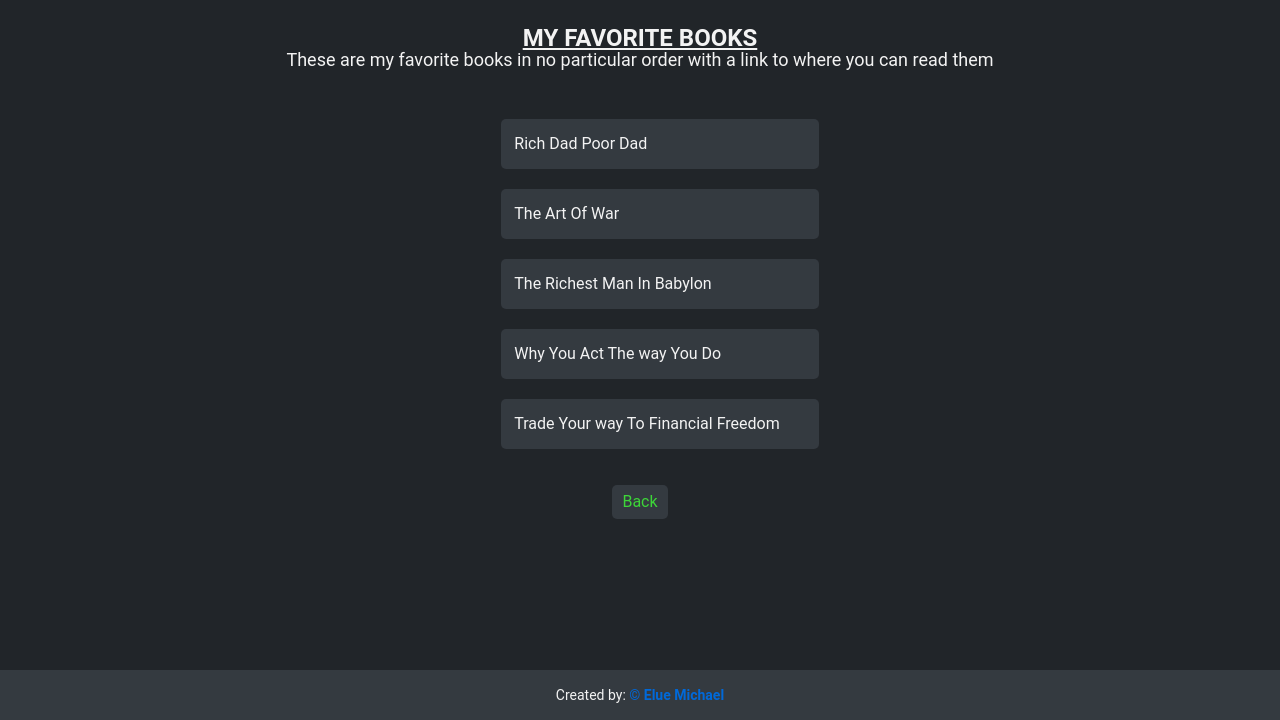
Repository: MikkyPrestige/html-website
Page: pages/books.html
These files come from the project's save history. The page is drawn as it stood at one moment and after the next save; the edit follows.
The browser window is 1280 px wide. The pictures show the whole page.

Above is the page before, as saved 2023-04-29 13:45:29.

### pages/books.html
<!DOCTYPE html>
<html lang="en">

<head>
  <meta charset="UTF-8">
  <meta http-equiv="X-UA-Compatible" content="IE=edge">
  <meta name="viewport" content="width=device-width, initial-scale=1.0">
  <title>Books</title>
  <link rel="stylesheet" href="../index.css">
</head>

<body>
  <main class="main">
    <section class="section">
      <div class="books">
        <h1 class="books-heading"><u>My Favorite Books</u></h1>
        <p class="books-subheading">These are my favorite books in no particular order with a link to where you can read
          them</p>
      </div>
      <ul class="books-lists">
        <li class="books-item">
          <a href="http://www.lequydonhanoi.edu.vn/upload_images/S%C3%A1ch%20ngo%E1%BA%A1i%20ng%E1%BB%AF/Rich%20Dad%20Poor%20Dad.pdf"
            target="_blank" class="books-link">Rich Dad Poor Dad</a>
        </li>
        <li class="books-item">
          <a href="https://sites.ualberta.ca/~enoch/Readings/The_Art_Of_War.pdf" target="_blank" class="books-link">The
            Art Of War</a>
        </li>
        <li class="books-item">
          <a href="https://thediamondsmine.com/files/Ebooks/Clason-RichestManInBabylon.pdf" target="_blank"
            class="books-link">The Richest Man
            In Babylon</a>
        </li>
        <li class="books-item">
          <a href="https://www.dirzon.com/Doc/ReaderAsync?target=telegram%3AWhy%20you%20act%20the%20way%20you%20do%20by%20Tim%20LaHaye%20(%20PDFDrive%20).pdf"
            target="_blank" class="books-link">Why You Act The way You Do</a>
        </li>
        <li class="books-item">
          <a href="https://dl.abcbourse.ir/dl/Library/book/Trade_Your_Way_to_Financial_Freedom.pdf" target="_blank"
            class="books-link">Trade
            Your way To Financial Freedom</a>
        </li>
      </ul>
      <div class="back">
        <a href="../index.html" class="back-link">Back</a>
      </div>
    </section>
    <footer class="footer">
      <p class="footer-text">Created by: <a href="#" target="_blank" class="footer-link">
          &copy; <strong>Elue Michael</strong>
        </a>
      </p>
    </footer>
  </main>
</body>

</html>

### index.css
body {
  background-color: #212529;
  font-family: 'Roboto', sans-serif;
  font-size: 16px;
  font-weight: 400;
  line-height: 1.5;
  color: #f3f3f3;
  text-align: left;
  margin: 0;
  padding: 0;
  width: 100%;
  height: 100vh;
}

.main {
  display: flex;
  flex-direction: column;
  justify-content: space-between;
  align-items: center;
  height: 100%;
}

.section {
  display: flex;
  flex-direction: column;
  justify-content: center;
  align-items: center;
  width: 100%;
}

.btn {
  background-color: #007bff;
  padding: 5px;
  border-radius: 5px;
  transition: all .15s ease-in-out;
  border: none;
  outline: none;
  margin: -20px 0 50px 0;
}

.btn:hover {
  background-color: #0069d9;
}

.btn-link {
  color: #f3f3f3;
  font-size: 14px;
  text-decoration: none;
  cursor: pointer;
}

.section1 {
  display: flex;
  flex-direction: column;
  justify-content: center;
  align-items: center;
}

.section1-header {
  font-size: 24px;
  font-weight: 700;
  margin-bottom: 5px;
  text-transform: uppercase;
}

.section1-content {
  display: flex;
  justify-content: space-around;
  align-items: center;
  width: 100%;
}

.section1-text {
  font-size: 18px;
  font-weight: 400;
}

.section1-link,
.section1-link:link,
.section1-link:visited {
  color: #0069d9;
  text-decoration: none;
  cursor: pointer;
}

.section1-link:hover {
  text-decoration: underline;
  color: #f3f3f3;
}

/* BOOKS CSS */
.books {
  display: flex;
  flex-direction: column;
  justify-content: center;
  align-items: center;
}

.books-heading {
  font-size: 24px;
  font-weight: 700;
  margin-bottom: 0px;
  text-transform: uppercase;
}

.books-subheading {
  font-size: 18px;
  font-weight: 400;
  margin: -10px 0 30px 0;
}

.books-lists {
  display: flex;
  flex-direction: column;
  justify-content: center;
  align-items: center;
  gap: 20px;
  list-style: none;
}

.books-item {
  width: 100%;
  max-width: 500px;
  padding: 13px;
  border-radius: 5px;
  background-color: #343a40;
}

.books-item:hover {
  background-color: #212529;
}

.books-link,
.books-link:link,
.books-link:visited {
  color: #f3f3f3;
  text-decoration: none;
  cursor: pointer;
}

.books-link:hover {
  text-decoration: underline;
}

.back {
  margin: 20px 0 10px 0;
  padding: 5px 10px;
  border-radius: 5px;
  background-color: #343a40;
}

.back:hover {
  background-color: #212529;
}

.back-link {
  color: #3dd638;
  text-decoration: none;
  cursor: pointer;
}

.back-link:hover {
  text-decoration: underline;
}












.footer {
  display: flex;
  justify-content: center;
  align-items: center;
  width: 100%;
  height: 50px;
  background-color: #343a40;
}

.footer-text {
  font-size: 14px;
  font-weight: 400;
  color: #f3f3f3;
}

.footer-link {
  color: #0069d9;
  text-decoration: none;
  cursor: pointer;
}

After the next save:
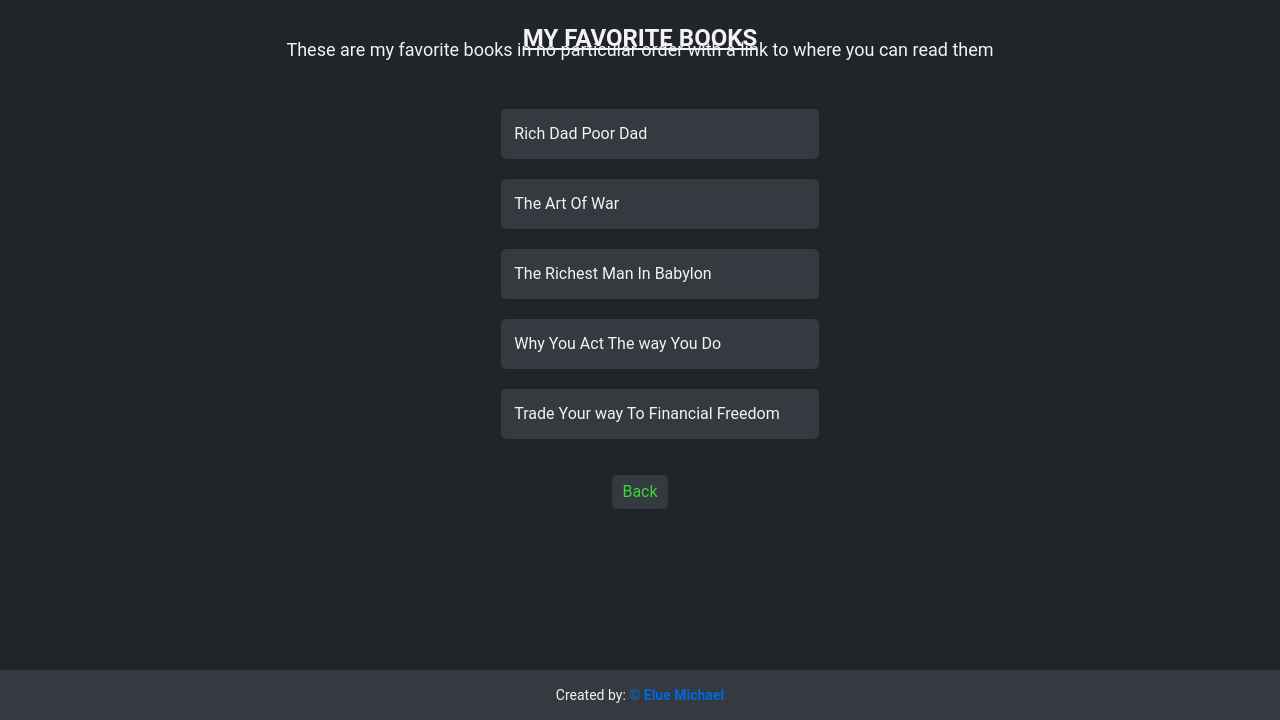
Saved 11 s later.
--- a/index.css
+++ b/index.css
@@ -106,7 +106,7 @@
 .books-subheading {
   font-size: 18px;
   font-weight: 400;
-  margin: -10px 0 30px 0;
+  margin: -20px 0 30px 0;
 }
 
 .books-lists {
